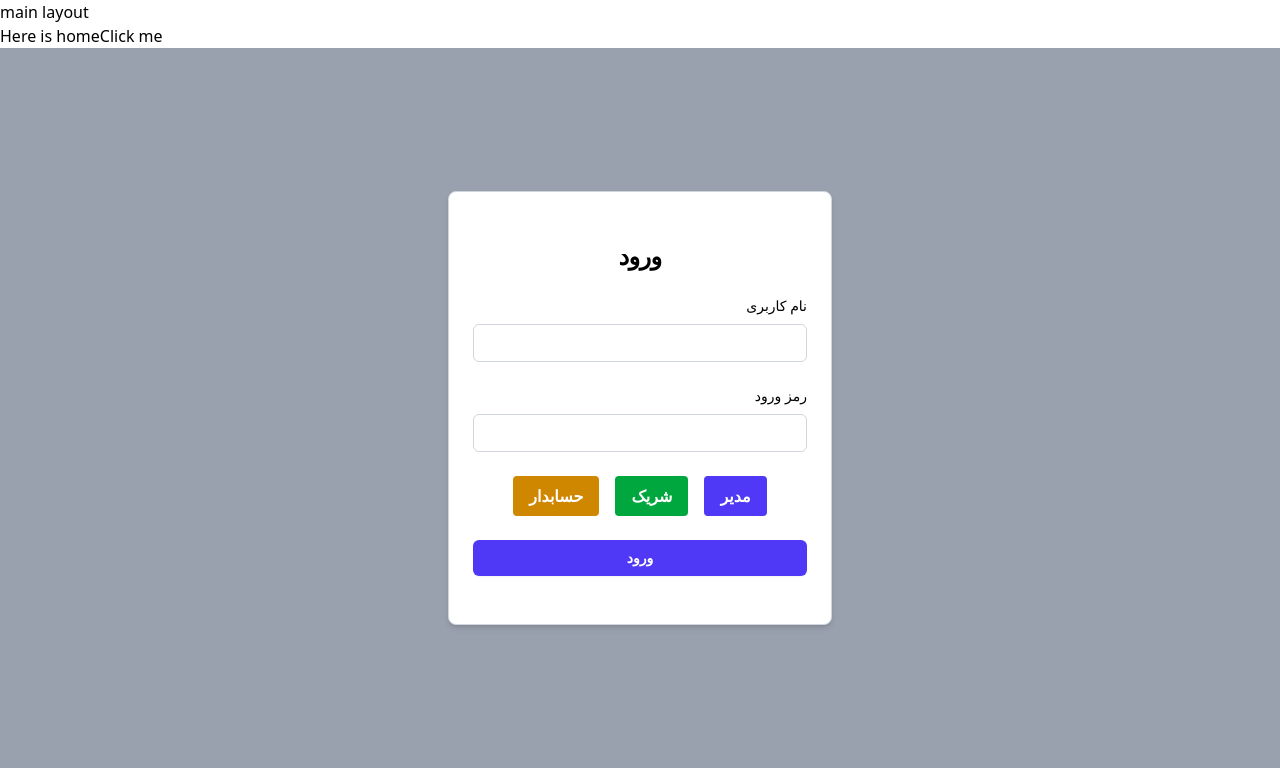
Repository: fuad303/karokhy-frontend
Page: /
These files come from the project's save history. The page is drawn as it stood at one moment and after the next save; the edit follows.
The browser window is 1280 px wide. The pictures show the whole page.
The project was rebuilt for these pictures with package versions that can differ from the ones it lists, and the page was loaded fresh each time. Also part of the build but not shown: vite.config.ts, src/layouts/AuthLayout.tsx.

Above is the page before, as saved 2025-12-08 12:55:21.

After the next save:
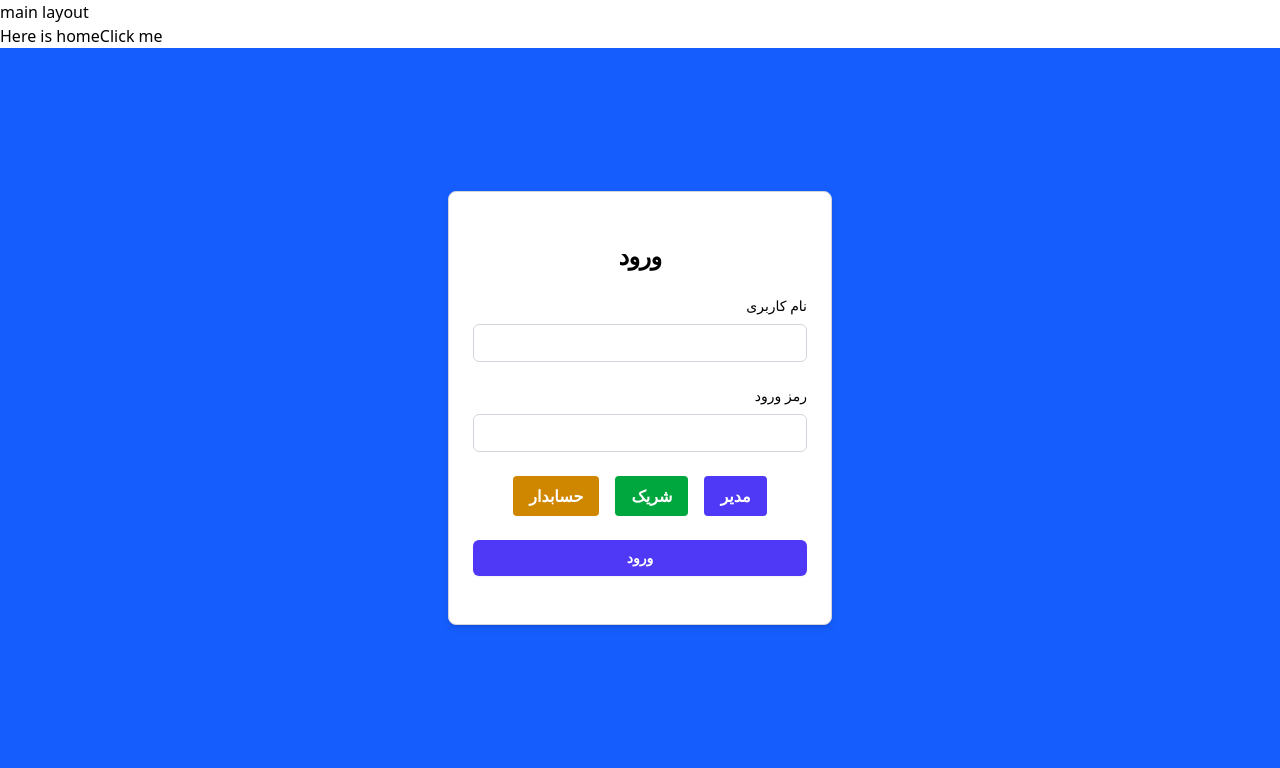
Saved 64 s later.
--- a/src/components/LoginPage.tsx
+++ b/src/components/LoginPage.tsx
@@ -3,13 +3,16 @@
 function LoginPage() {
   return (
     <div
-      className="min-h-screen bg-gray-400 flex items-center justify-center"
+      className="min-h-screen bg-blue-600 flex items-center justify-center relative"
       dir="rtl"
     >
-      {/* فرم چایلد با بوردر و پس‌زمینه سفید */}
-      <div className="flex flex-col justify-center px-6 py-12 sm:w-full sm:max-w-sm bg-white border border-gray-300 rounded-lg shadow-md">
+      {/* پس‌زمینه بلور */}
+      <div className="absolute inset-0 bg-blue-600 bg-opacity-70 backdrop-blur-sm"></div>
+
+      {/* فرم چایلد */}
+      <div className="relative flex flex-col justify-center px-6 py-12 sm:w-full sm:max-w-sm bg-white border border-gray-300 rounded-lg shadow-md">
         {/* عنوان */}
-        <h2 className="mt-0 text-center text-2xl font-bold tracking-tight text-black">
+        <h2 className="text-center text-2xl font-bold tracking-tight text-black">
           ورود
         </h2>
 

After the save that followed:
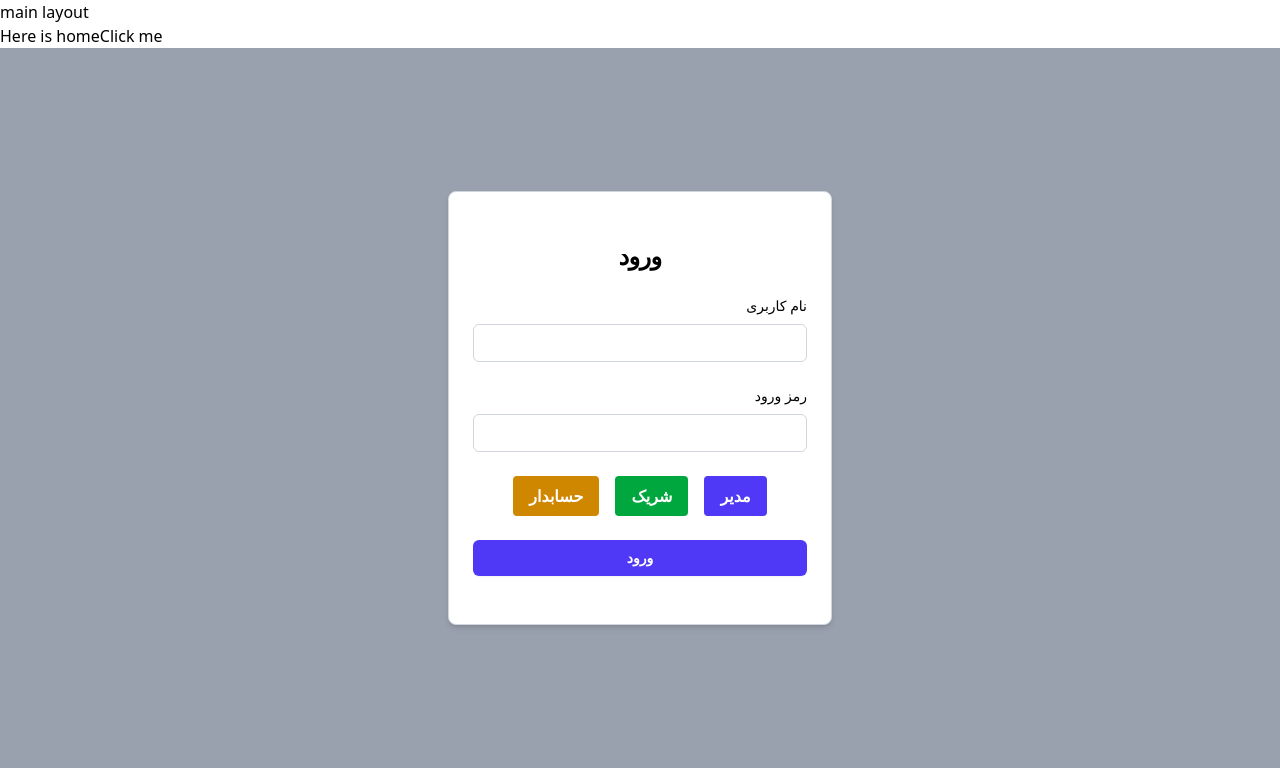
Saved 9 s later.
--- a/src/components/LoginPage.tsx
+++ b/src/components/LoginPage.tsx
@@ -3,16 +3,13 @@
 function LoginPage() {
   return (
     <div
-      className="min-h-screen bg-blue-600 flex items-center justify-center relative"
+      className="min-h-screen bg-gray-400 flex items-center justify-center"
       dir="rtl"
     >
-      {/* پس‌زمینه بلور */}
-      <div className="absolute inset-0 bg-blue-600 bg-opacity-70 backdrop-blur-sm"></div>
-
-      {/* فرم چایلد */}
-      <div className="relative flex flex-col justify-center px-6 py-12 sm:w-full sm:max-w-sm bg-white border border-gray-300 rounded-lg shadow-md">
+      {/* فرم چایلد با بوردر و پس‌زمینه سفید */}
+      <div className="flex flex-col justify-center px-6 py-12 sm:w-full sm:max-w-sm bg-white border border-gray-300 rounded-lg shadow-md">
         {/* عنوان */}
-        <h2 className="text-center text-2xl font-bold tracking-tight text-black">
+        <h2 className="mt-0 text-center text-2xl font-bold tracking-tight text-black">
           ورود
         </h2>
 
